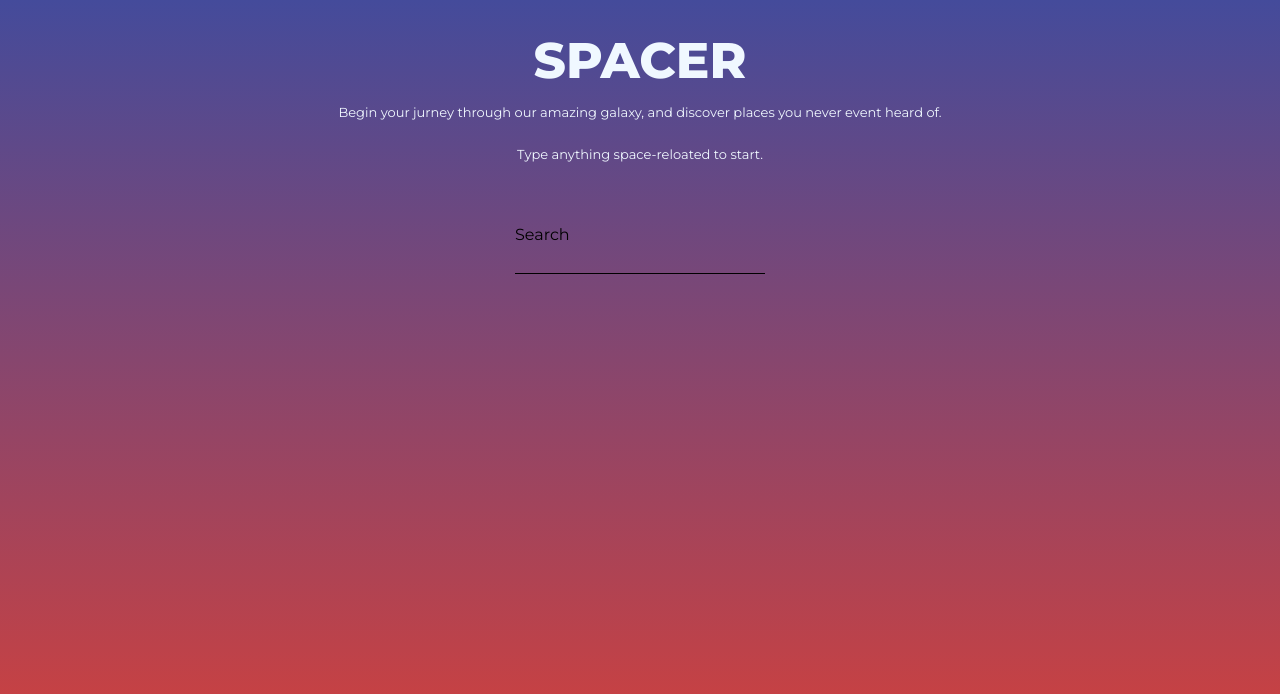
Repository: kamilluc/space-vue
Page: /
An editor plug-in stored every save of this project. The page is shown before and after the next save, followed by the edit.
The browser window is 1280 px wide. The pictures show the whole page.
The project was rebuilt for these pictures with package versions that can differ from the ones it lists, and the page was loaded fresh each time. Also part of the build but not shown: src/views/About.vue.

Above is the page before, as saved 2018-08-08 23:38:34.

After the next save:
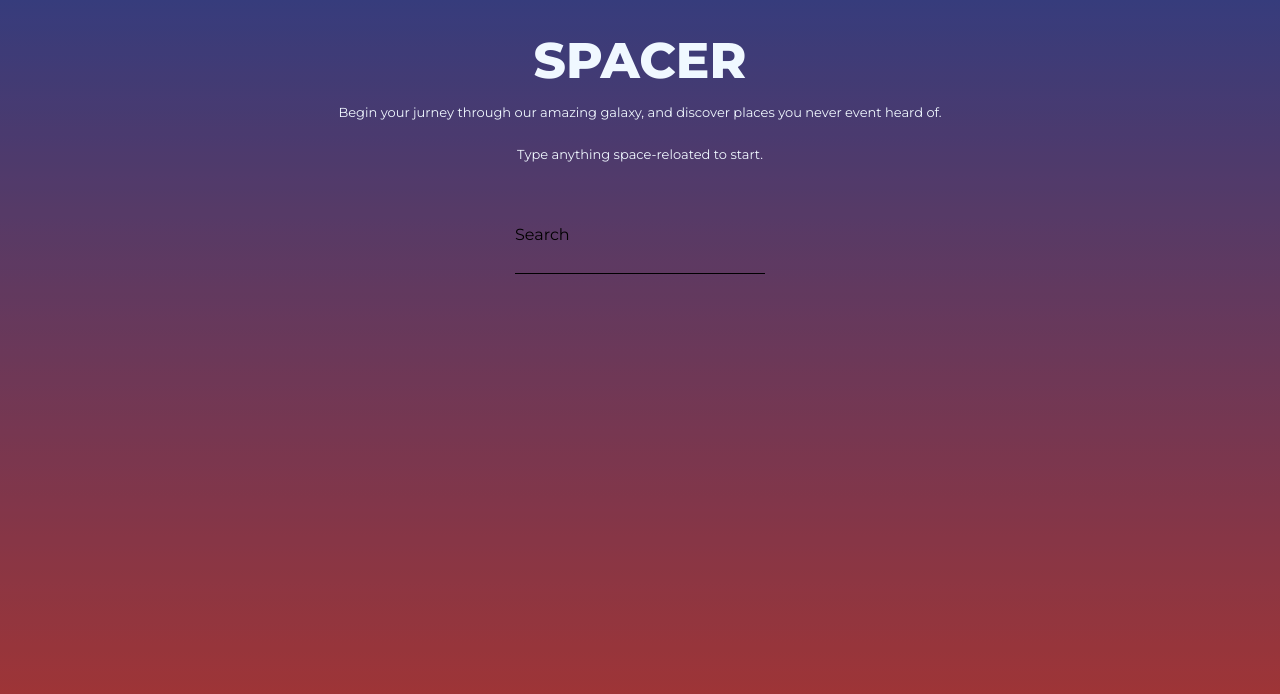
Saved 4 min 8 s later.
--- a/src/components/HeroImage.vue
+++ b/src/components/HeroImage.vue
@@ -13,9 +13,19 @@
   position: fixed;
   top: 0;
   z-index: -1;
-
   width: 100%;
   height: 100vh;
   background: linear-gradient(#444b9b, #ca4141);
 }
+
+.heroImage::after {
+  content: "";
+  background: rgba(0, 0, 0, 0.2);
+  position: absolute;
+  top: 0;
+  left: 0;
+  z-index: 1;
+  width: 100%;
+  height: 100vh;
+}
 </style>
